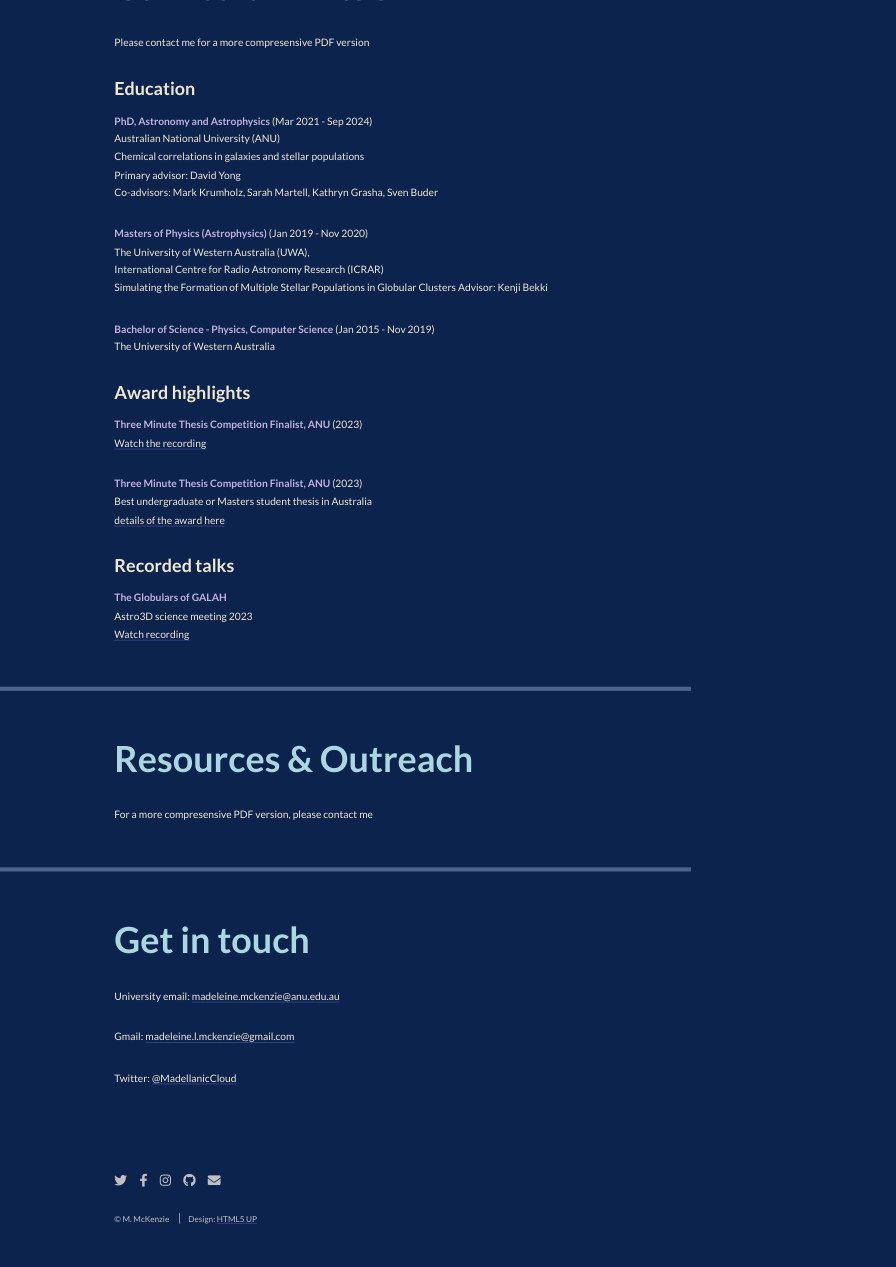
Repository: madeleine-mckenzie/madeleine-mckenzie.github.io
Page: index.html
These files come from the project's save history. The page is drawn as it stood at one moment and after the next save; the edit follows.
The browser window is 1280 px wide. The pictures show the part of the page from y = 1990 to 3910 px (the page is 3800 px tall before and 3910 px after), at 70% of full size.
Backgrounds fixed to the window are drawn as part of the page.

Above is the page before, as saved 2023-11-12 16:38:00.

### index.html
<!DOCTYPE HTML>
<!--
    Read Only by HTML5 UP
    html5up.net | @ajlkn
    Free for personal and commercial use under the CCA 3.0 license (html5up.net/license)
-->
<html>
    <head>
        <title>M. McKenzie</title>
        <meta charset="utf-8" />
        <meta name="viewport" content="width=device-width, initial-scale=1, user-scalable=no" />
        <link rel="stylesheet" href="assets/css/main.css" />
        <style>
            /* Custom style */
            body {
                background: url('images/2023_ANU_3MT_20230727_ANU2022 3.jpg') no-repeat center center fixed;
                background-size: cover;
            }
        </style>
    </head>
    <body class="is-preload">

        <!-- Header -->
        <section id="header">
            <header>
                <!-- Avatar image next to name -->
                <span class="image avatar"><img src="images/IG_DP.jpeg" alt="Madeleine L. McKenzie" /></span>
                <h1>Madeleine L. McKenzie</h1>
                <p>PhD candidate at the Australian National University </p>
                <p> <a href="mailto:madeleine.mckenzie@anu.edu.au">madeleine.mckenzie@anu.edu.au</a></p>
            </header>
            <nav id="nav">
                <ul>
                    <li><a href="#one" class="active">About</a></li>
                    <li><a href="#two">My Research</a></li>
                    <li><a href="#three">CV</a></li>
                    <li><a href="#four">Resources</a></li>
                    <li><a href="#five">Contact</a></li>
                </ul>
            </nav>
        </section>

        <!-- Wrapper -->
        <div id="wrapper">

            <!-- Main -->
            <div id="main">

                <!-- One -->
                <section id="one">
                    <div class="image main" data-position="center">
                        <!-- Top banner image -->
                        <img src="images/2023_ANU_3MT_20230727_ANU2022.jpg" alt="" />
                    </div>
                    <div class="container">
                        <header class="major">
                            <h2>Hi</h2>
                        </header>
                        <p>I'm Madeleine, an Australian astrophysicist interested in globular clusters all things Milky Way. I was born and raised in Perth, Western Australia,
                            and completed my undergraduate degree and Masters of Astrophysics at the University of Western Australia and International Centre
                            for Radio Astronomy Research. My Masters thesis, titled <b>Simulating the Formation of Multiple Stellar Populations in Globular Clusters</b>, was supervised
                            by Professor Kenji Bekki. I am currently a <b>PhD candidate at the Australian National University</b>, supervised by Dr. David Yong and
                            Professor Mark Krumholz. I primarily work on high precision spectroscopy and isotopic analysis of globular clusters.
                            I am in my final year of my PhD and am currently applying for postdoc positions.
                        </p>
                    </div>
                </section>

                <!-- Two -->
                <section id="two">
                    <div class="container">
                        <header class="major">
                            <h2>My Research</h2>
                        </header>
                        <h3>My research interests include:</h3>
                        <p><ul>
                                <li>High precision spectroscopy</li>
                                <li>Isotopic analysis</li>
                                <li>Multiple stellar populations in globular clusters</li>
                                <li>Chemical evolution of the Milky Way</li>
                                <li>Stellar archaeology</li>
                            </ul>
                        <h3>Recent publications:</h3>
                        <p><a href="https://ui.adsabs.harvard.edu/user/libraries/K8q3Fv2nS-eG0YgK9U_ysw">My ADS library</a></p>

                        <p>1) <a href="https://ui.adsabs.harvard.edu/abs/2023MNRAS.tmp.2870M/abstract">Isotopic analysis of stars in M22</a> where I developed code to
                        derive isotopic abundances.</p>
                        <p>2) <a href="https://ui.adsabs.harvard.edu/abs/2022MNRAS.516.3515M/abstract">High precision differential abundances in M22</a> where I
                        made the most precice chemical abundance measurements yet in the globular cluster M22 to demonstrate the existence of an iron abundance spread.</p>
                        <p>3) <a href="https://ui.adsabs.harvard.edu/abs/2022MNRAS.516.3515M/abstract">Simulations of inhomogenity in globular cluster forming giant
                            molecular clouds </a> where I used hydrodynamical simulations to study the extent of possible iron abundance variations in
                             globular cluster forming gas clouds.</p>
                        </p>

                    </div>*
                </section>

                <!-- three -->
                <section id="three">
                    <div class="container">
                        <header class="major">
                            <h2>Curriculum Vitae</h2>
                        </header>
                        <p>Please contact me for a more compresensive PDF version</p>

                        <h3>Education</h3>
                        <p><b>PhD, Astronomy and Astrophysics </b>  (Mar 2021 - Sep 2024)<br />
                            Australian National University (ANU)<br />
                            Chemical correlations in galaxies and stellar populations<br />
                            Primary advisor: David Yong<br />
                            Co-advisors: Mark Krumholz, Sarah Martell, Kathryn Grasha, Sven Buder
                        </p>
                        <p> <b>Masters of Physics (Astrophysics)</b>  (Jan 2019 - Nov 2020)<br />
                            The University of Western Australia (UWA),<br />
                            International Centre for Radio Astronomy Research (ICRAR)<br />
                            Simulating the Formation of Multiple Stellar Populations in Globular Clusters Advisor: Kenji Bekki
                        </p>
                        <p> <b>Bachelor of Science - Physics, Computer Science </b>  (Jan 2015 - Nov 2019)<br />
                            The University of Western Australia</p>
                        </p>

                        <h3>Award highlights</h3>
                        <p><b>Three Minute Thesis Competition Finalist, ANU </b>  (2023)<br />
                        <a href="https://www.youtube.com/watch?v=GKc33CGIitY&t=3706s">Watch the recording</a>
                        </p>

                        <p><b>Three Minute Thesis Competition Finalist, ANU </b>  (2023)<br />
                            Best undergraduate or Masters student thesis in Australia <br />
                            <a href="https://asa.astronomy.org.au/prizes_and-grants/prizes-awards/bok-prize/">details of the award here</a>
                            </p>

                        <h3>Recorded talks</h3>
                        <p><b>The Globulars of GALAH </b> <br />
                            Astro3D science meeting 2023 <br />
                            <a href="https://www.youtube.com/watch?v=rzf3bCFw7u4&ab_channel=ASTRO3D">Watch recording</a>
                            </p>

                    </div>
                </section>

                 <!-- four -->
                 <section id="four">
                    <div class="container">
                        <header class="major">
                            <h2>Resources & Outreach</h2>
                        </header>
                        <p>For a more compresensive PDF version, please contact me</p>
                        <!-- Icons grid here -->
                    </div>
                </section>

                <!-- Three -->
                <section id="five">
                    <div class="container">
                        <header class="major">
                            <h2>Get in touch</h2>
                        </header>
                        <p>University email: <a href="mailto:madeleine.mckenzie@anu.edu.au">madeleine.mckenzie@anu.edu.au</a></p>
                        <p>Gmail: <a href="mailto:madeleine.l.mckenzie@gmail.com">madeleine.l.mckenzie@gmail.com</a></p>
                        <p>Twitter: <a href="https://twitter.com/MadellanicCloud" target="_blank">@MadellanicCloud</a></p>
                    </div>
                </section>

            </div>

            <!-- Footer -->
            <section id="footer">
                <div class="container">
                    <ul class="icons">
                        <!-- Social media icons here -->
                        <li><a href="#" class="icon brands fa-twitter"><span class="label">Twitter</span></a></li>
                        <li><a href="#" class="icon brands fa-facebook-f"><span class="label">Facebook</span></a></li>
                        <li><a href="#" class="icon brands fa-instagram"><span class="label">Instagram</span></a></li>
                        <li><a href="#" class="icon brands fa-github"><span class="label">Github</span></a></li>
                        <li><a href="#" class="icon solid fa-envelope"><span class="label">Email</span></a></li>
                    </ul>
                    <ul class="copyright">
                        <li>&copy; M. McKenzie</li>
                        <li>Design: <a href="http://html5up.net">HTML5 UP</a></li>
                    </ul>
                </div>
            </section>

        </div>

        <!-- Scripts -->
        <script src="assets/js/jquery.min.js"></script>
        <script src="assets/js/jquery.scrollex.min.js"></script>
        <script src="assets/js/jquery.scrolly.min.js"></script>
        <script src="assets/js/browser.min.js"></script>
        <script src="assets/js/breakpoints.min.js"></script>
        <script src="assets/js/util.js"></script>
        <script src="assets/js/main.js"></script>

    </body>
</html>

Loaded but not shown: assets/css/fontawesome-all.min.css (library); assets/js/jquery.min.js (library); assets/js/jquery.scrollex.min.js (common file); assets/js/jquery.scrolly.min.js (common file); assets/js/browser.min.js (common file); assets/js/breakpoints.min.js (common file); assets/js/util.js (587 lines, source omitted); assets/js/main.js (159 lines, source omitted); assets/css/main.css (3340 lines, source omitted)

After the next save:
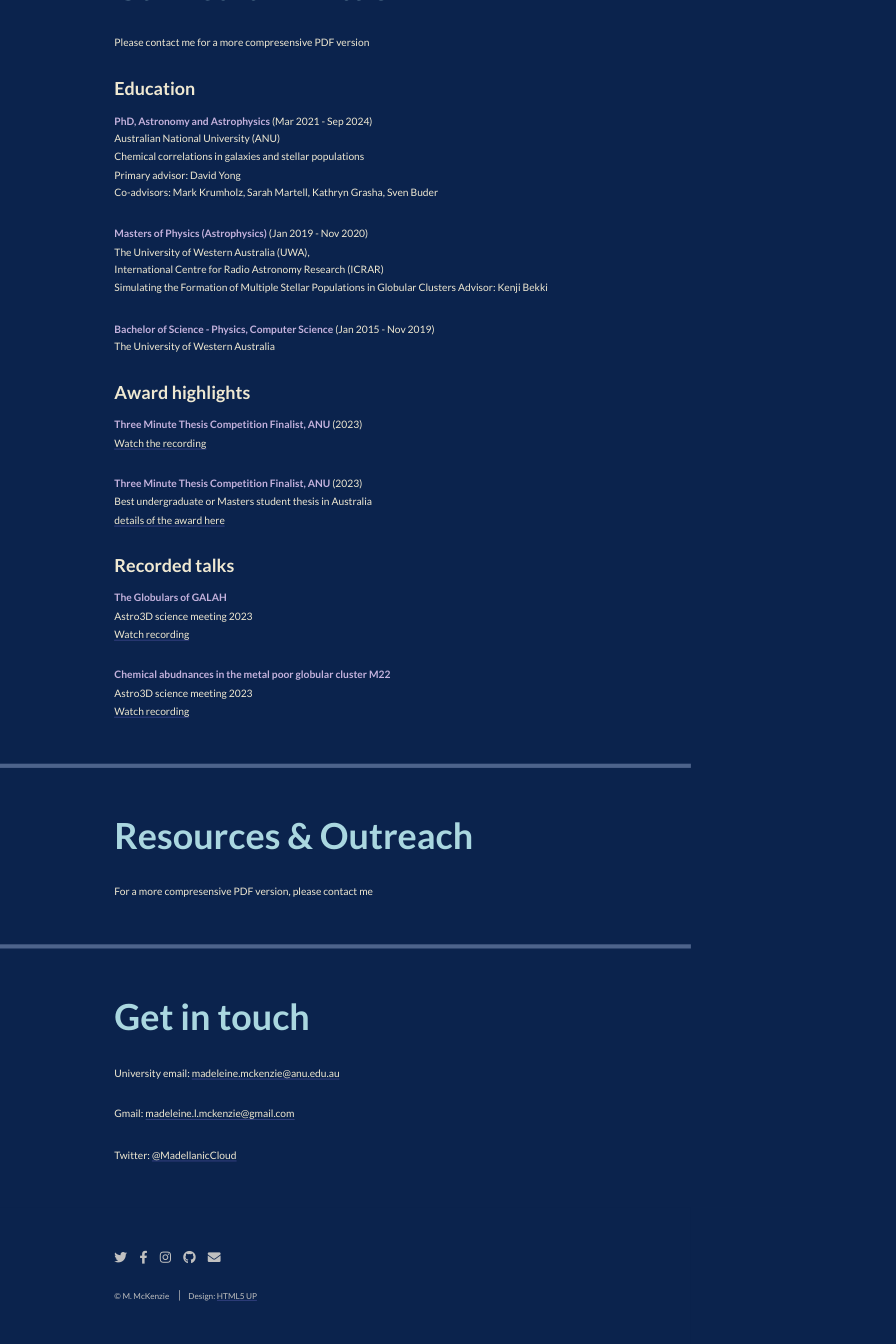
Saved 65 s later.
--- a/index.html
+++ b/index.html
@@ -135,6 +135,11 @@
                             <a href="https://www.youtube.com/watch?v=rzf3bCFw7u4&ab_channel=ASTRO3D">Watch recording</a>
                             </p>
 
+                        <p><b>Chemical abudnances in the metal poor globular cluster M22 </b> <br />
+                            Astro3D science meeting 2023 <br />
+                            <a href="https://www.youtube.com/watch?v=rzf3bCFw7u4&ab_channel=ASTRO3D">Watch recording</a>
+                            </p>
+
                     </div>
                 </section>
 
